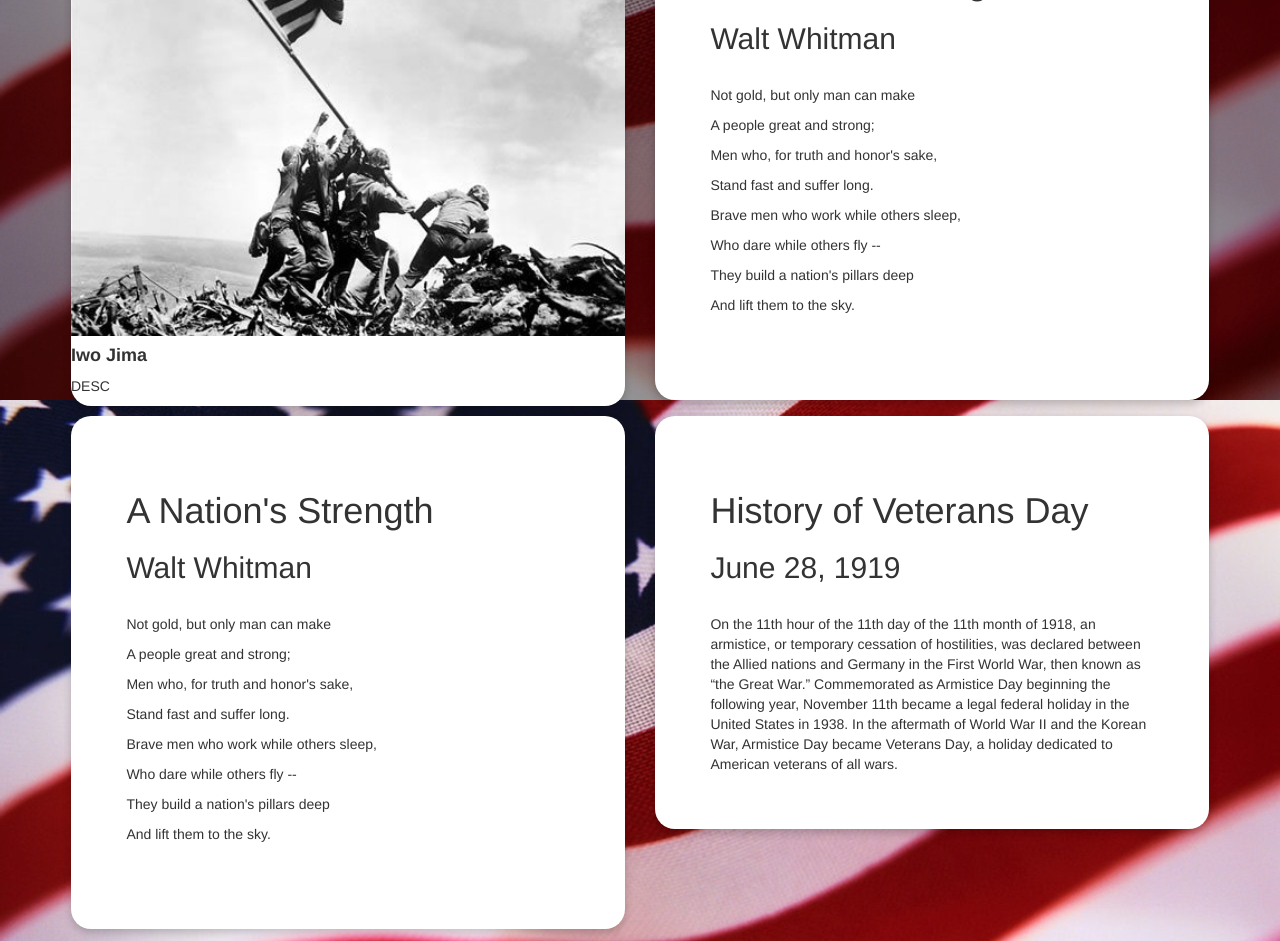
Repository: jdunc/veterans
Page: index.html
The author's editor kept a record of every edit. The page is drawn from the files as they stood at one moment, then again after the next edit.
The browser window is 1280 px wide. The pictures show the part of the page from y = 320 to 1261 px (the page is 1261 px tall before and 1256 px after).
A picture or video elsewhere on the page could not be fetched, so the positions and the page height are approximate. Some web fonts or font styles are not loaded; a fallback is used.

Above is the page before.
Console error (its wording comes from the project's code and is left out).

After the next edit:
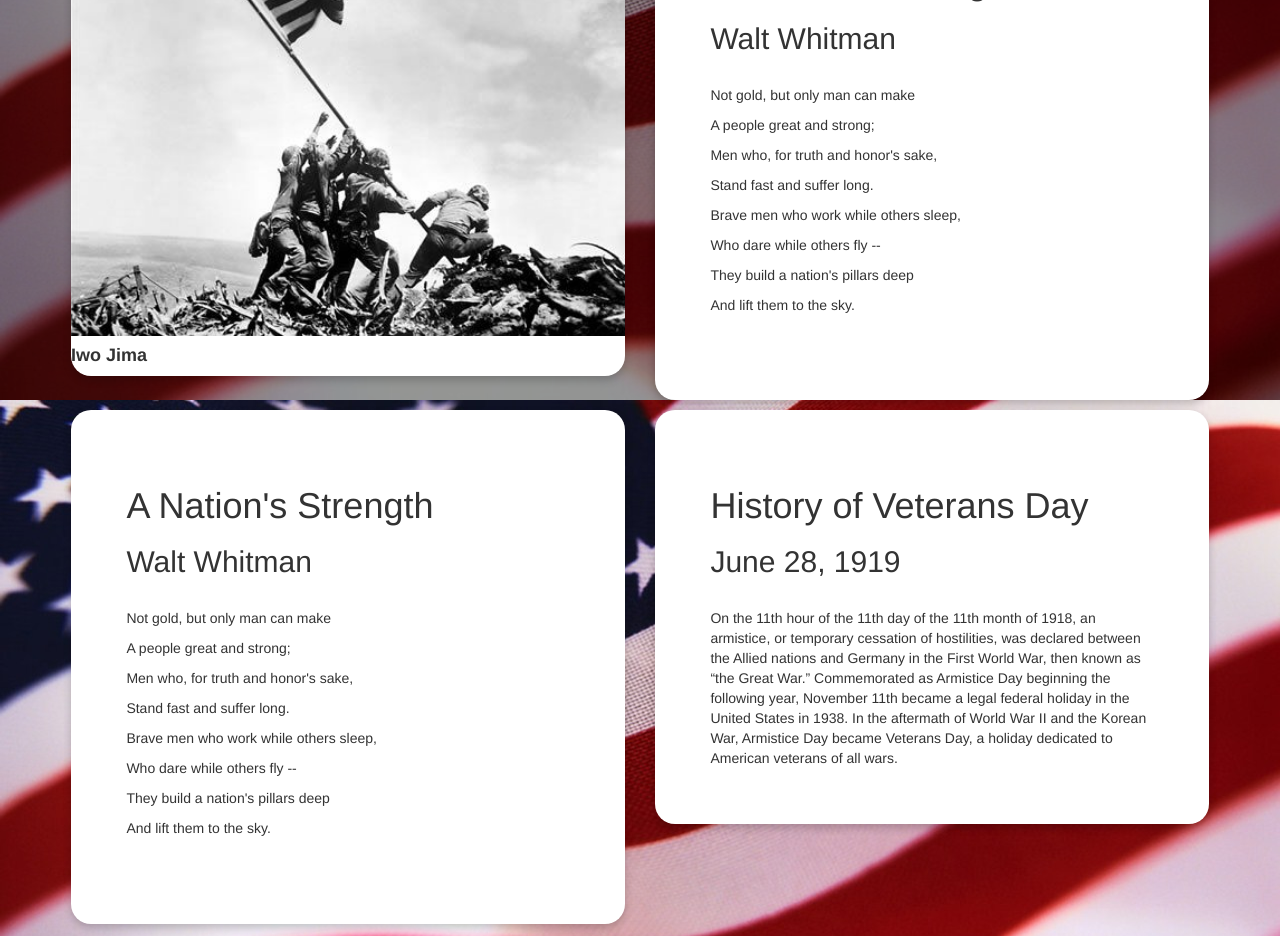
The edit:
--- a/index.html
+++ b/index.html
@@ -35,7 +35,6 @@
                     <div class="card">
                         <img src="lift.jpg" style="width:100%">
                         <h4><b>Iwo Jima</b></h4>
-                        <p>DESC</p>
                     </div>
                 </div>
                 <div class="col-lg-6 ">
